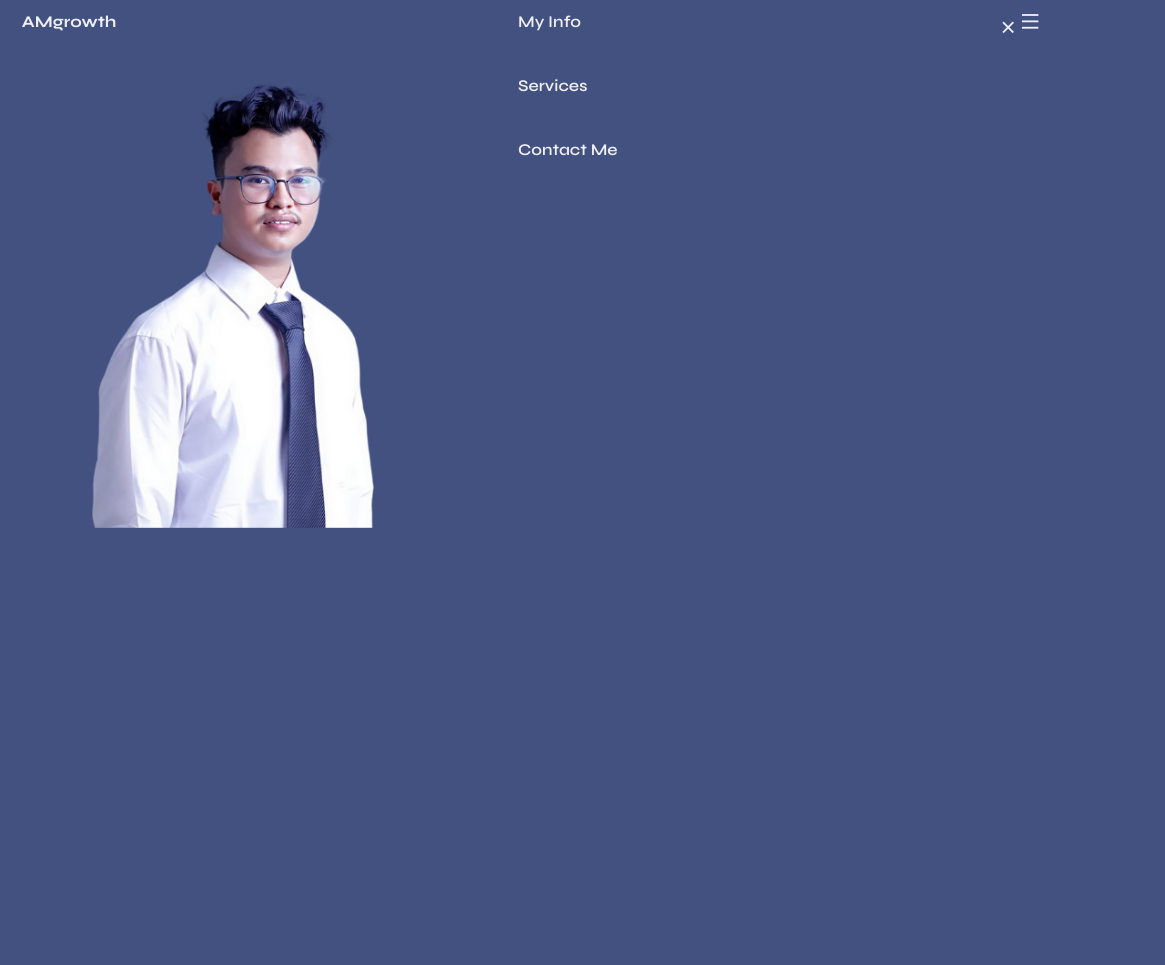
Repository: Ademaulana100499/portofolio
Page: index.html
An editor plug-in stored every save of this project. The page is shown before and after the next save, followed by the edit.
The browser window is 1280 px wide. The pictures show the whole page, at 91% of full size.
Some web fonts or font styles are not loaded; a fallback is used.

Above is the page before, as saved 2024-11-28 16:45:14.

### index.html
<!DOCTYPE html>
<html lang="en">
  <head>
    <meta charset="UTF-8" />
    <meta name="viewport" content="width=device-width, initial-scale=1.0" />
    <title>AMgrowth</title>
    <link rel="shortcut icon" href="assets/img/Favicon.png" />
    <link
      href="https://cdn.jsdelivr.net/npm/remixicon/fonts/remixicon.css"
      rel="stylesheet"
    />
    <link rel="stylesheet" href="assets/css/style.css" />
  </head>
  <body>
    <!-- HEADER -->
    <header class="header" id="header">
      <nav class="nav container">
        <a href="#" class="nav__logo">AMgrowth</a>
        <div class="nav__menu" id="nav-menu">
          <ul class="nav__list">
            <li>
              <a href="#home" class="nav__link">Home</a>
            </li>
            <li>
              <a href="#project" class="nav__link">Project</a>
            </li>
            <li>
              <a href="#info" class="nav__link">My Info</a>
            </li>
            <li>
              <a href="#services" class="nav__link">Services</a>
            </li>
            <li>
              <a href="#contact" class="nav__link">Contact Me</a>
            </li>
          </ul>
          <!-- Close Button -->
          <div class="nav__close" id="nav-close">
            <i class="ri-close-line"></i>
          </div>
        </div>

        <!-- Toggle Button -->
        <div class="nav__toggle" id="nav-toggle">
          <i class="ri-menu-line"></i>
        </div>
      </nav>
    </header>

    <!-- MAIN -->
    <main class="main" id="main">
      <!-- HOME -->
      <section class="home section" id="home">
        <div class="home__container container grid">
          <img src="assets/img/Photo.png" alt="image" class="home__img" />
        </div>
      </section>
      <!-- PROJECT -->
      <section class="project section" id="project"></section>
      <!-- INFO -->
      <section class="info section" id="info"></section>
      <!-- SERVICES -->
      <section class="services section" id="services"></section>
      <!-- CONTACT -->
      <section class="contact section" id="contact"></section>
    </main>

    <!-- FOOTER -->
    <footer class="footer" id="footer"></footer>
    <!-- SCROLL UP -->
    <!-- SCROLLREVEAL -->
    <script src=""></script>
    <!-- EMAIL JS -->
    <script src=""></script>
    <!-- MAIN JS -->
    <script src="assets/js/main.js"></script>
  </body>
</html>

### assets/css/style.css
@import url("https://fonts.googleapis.com/css2?family=Kite+One&family=Oooh+Baby&family=Orelega+One&family=Poppins:ital,wght@0,100;0,200;0,300;0,400;0,500;0,600;0,700;0,800;0,900;1,100;1,200;1,300;1,400;1,500;1,600;1,700;1,800;1,900&family=Syne:wght@400..800&display=swap");

/* VARIABLE CSS */
:root {
  --header-height: 3rem;

  /* Colors */
  --hue: 230;
  --first-color: hsl(var(--hue), 55%, 55%);
  --first-color-light: hsl(var(--hue), 55%, 65%);
  --first-color-alt: hsl(var(--hue), 50%, 50%);
  --title-color: hsl(var(--hue), 30%, 95%);
  --text-color: hsl(var(--hue), 20%, 80%);
  --text-color-light: hsl(var(--hue), 20%, 70%);
  --body-color: hsl(225, 32%, 38%);
  --container-color: hsl(var(--hue), 40%, 20%);

  /* Font and typography */
  --body-font: "Syne", sans-serif;
  --biggest-font-size: 3rem;
  --h1-font-size: 1.5rem;
  --h2-font-size: 1.25rem;
  --h3-font-size: 1rem;
  --normal-font-size: 0.938rem;
  --small-font-size: 0.813rem;

  /* Font weight */
  --font-regular: 400;
  --font-semi-bold: 600;
  --font-bold: 700;

  /* z index */
  --z-tooltip: 10;
  --z-fixed: 100;
}
/* Responsive typography */
@media screen and (min-width: 1150px) {
  :root {
    --biggest-font-size: 5.5rem;
    --big-font-size: 2.75rem;
    --h1-font-size: 2.25rem;
    --h2-font-size: 1.5rem;
    --h3-font-size: 1.25rem;
    --normal-font-size: 1.125rem;
    --small-font-size: 0.875rem;
  }
}

/* BASE */
* {
  margin: 0;
  padding: 0;
  box-sizing: border-box;
}

html {
  scroll-behavior: smooth;
}

body,
input,
textarea,
button {
  font-family: var(--body-font);
  font-size: var(--normal-font-size);
}

body {
  background-color: var(--body-color);
  color: var(--text-color);
}
input,
button,
textarea {
  outline: none;
  border: none;
}

h1,
h2,
h3 {
  color: var(--title-color);
  font-weight: var(--font-semi-bold);
}
p {
  line-height: 130%;
}

ul {
  list-style: none;
}

a {
  text-decoration: none;
}

img {
  display: block;
  max-width: 100%;
  height: auto;
}

/* REUSABLE CSS CLASSES */
.container {
  max-width: 1120px;
  margin-inline: 1.5rem;
}

.grid {
  display: grid;
  gap: 1.5rem;
}

.section {
  padding-block: 5rem 2rem;
}

.section__title {
  font-size: var(--h1-font-size);
  text-align: center;
  margin-bottom: 2rem;
  font-weight: var(--font-bold);
}
main {
  overflow: hidden;
}

/* HEADER & NAV */
.header {
  position: fixed;
  width: 100%;
  top: 0;
  left: 0;
  background-color: transparent;
  z-index: var(--z-fixed);
}
.nav {
  position: relative;
  height: var(--header-height);
  display: flex;
  justify-content: space-between;
  align-items: center;
}

.nav__logo {
  color: var(--title-color);
  font-weight: var(--font-bold);
}
.nav__toggle,
.nav__close {
  font-size: 1.5rem;
  cursor: pointer;
  color: var(--title-color);
}
/* Navigation for mobile */
@media screen and (max-width: 1150px) {
  .nav__menu {
    position: fixed;
    top: 0;
    right: -100%;
    background-color: hsla(var(--hue), 70%, 4%, 0.2);
    backdrop-filter: blur(16px);
    -webkit-backdrop-filter: blur(16px);
    width: 80%;
    height: 100%;
    padding: 7rem 3rem;
    transition: right 0.4s;
  }
}
.nav__list {
  display: flex;
  flex-direction: column;
  row-gap: 3rem;
}
.nav__link {
  position: relative;
  color: var(--title-color);
  font-weight: var(--font-semi-bold);
  transition: color 0.4s;
}
.nav__link::after {
  content: "";
  width: 0;
  height: 2px;
  background-color: var(--first-color-light);
  position: absolute;
  left: 0;
  bottom: -0.5rem;
  transition: width 0.3s;
}
.nav__link:hover {
  color: var(--first-color-light);
}
.nav__link:hover::after {
  width: 30%;
}
.nav__close {
  position: absolute;
  top: 1rem;
  right: 1.5rem;
}

/* Show Menu */
.show-menu {
  right: 0;
}
/* Add blur to header */
/* Active link */

/* HOME */

### assets/js/main.js
const navMenu = document.getElementById("nav-menu"),
  navToggle = document.getElementById("nav-toggle"),
  navClose = document.getElementById("nav-close");

if (navToggle) {
  navToggle.addEventListener("click", () => {
    navMenu.classList.add("show-menu");
  });
}

if (navClose) {
  navClose.addEventListener("click", () => {
    navMenu.classList.remove("show-menu");
  });
}

const navLink = document.querySelectorAll(".nav__link");
const linkAction = () => {
  const navMenu = document.getElementById("nav-menu");
  navMenu.classList.remove("show-menu");
};
navLink.forEach((n) => n.addEventListener("click", linkAction));

After the next save:
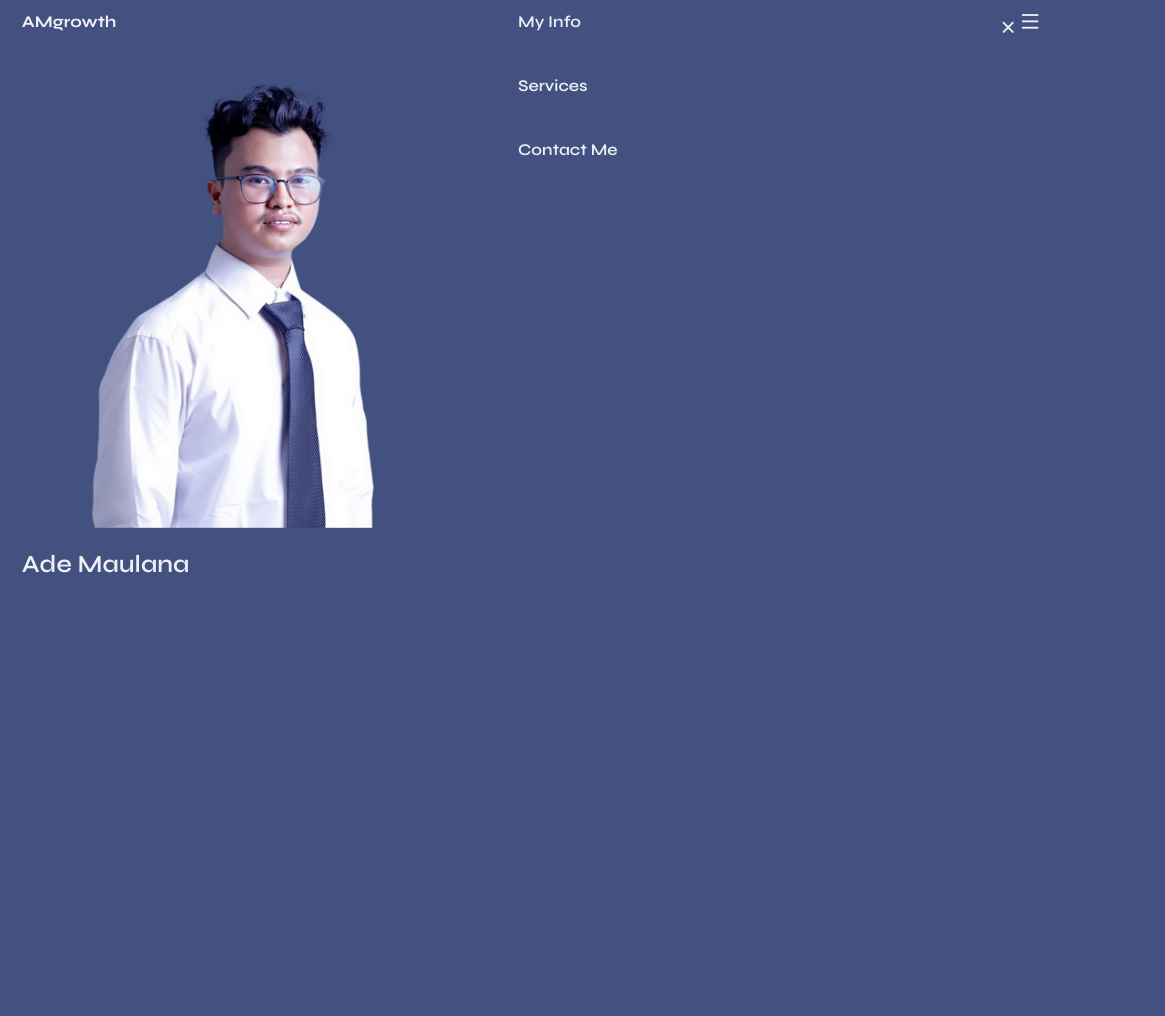
Saved 3 min 51 s later.
--- a/index.html
+++ b/index.html
@@ -53,6 +53,9 @@
       <section class="home section" id="home">
         <div class="home__container container grid">
           <img src="assets/img/Photo.png" alt="image" class="home__img" />
+          <div class="home__data">
+            <h1>Ade Maulana</h1>
+          </div>
         </div>
       </section>
       <!-- PROJECT -->
